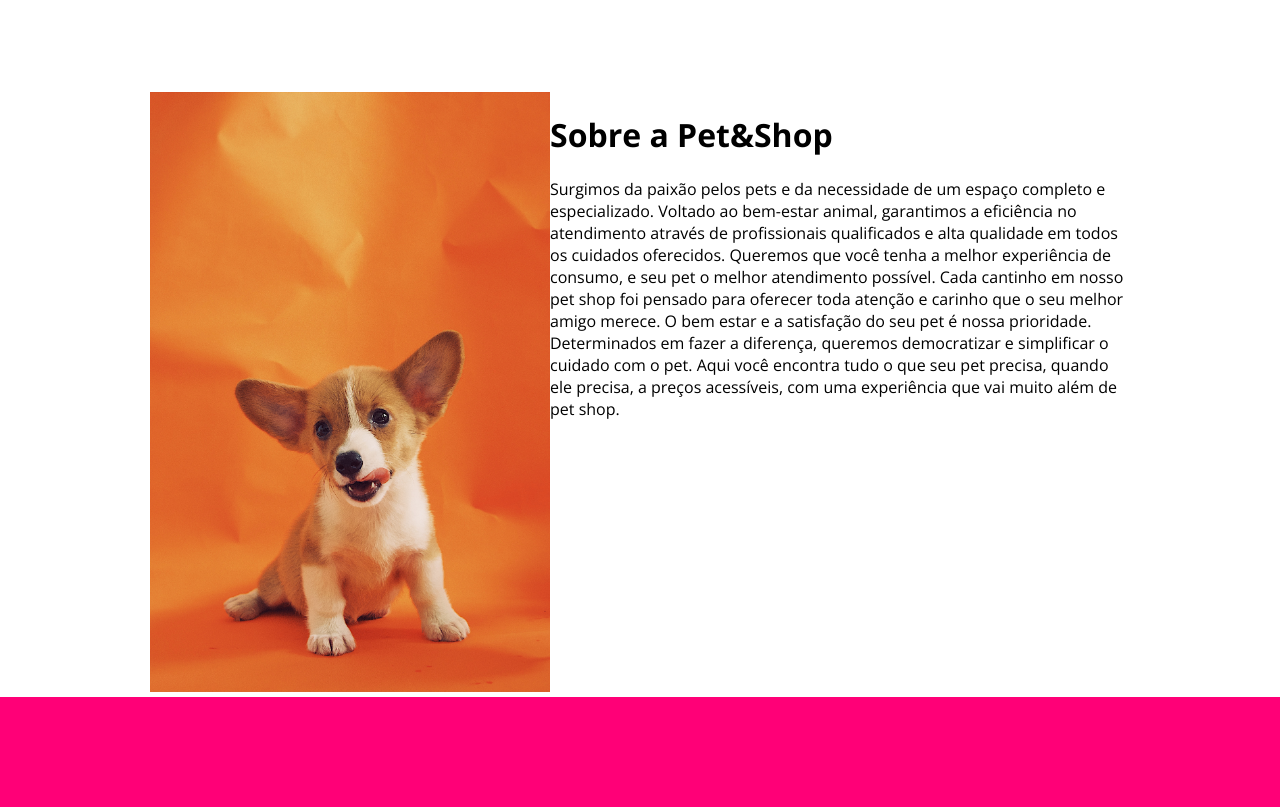
Repository: Carolden/ProhetoPetShop
Page: sobre.html
These files come from the project's save history. The page is drawn as it stood at one moment and after the next save; the edit follows.
The browser window is 1280 px wide. The pictures show the part of the page from y = 260 to 1067 px (the page is 1732 px tall before and 1734 px after).
A picture or video elsewhere on the page could not be fetched, so the positions and the page height are approximate.

Above is the page before, as saved 2023-04-29 20:01:27.

After the next save:
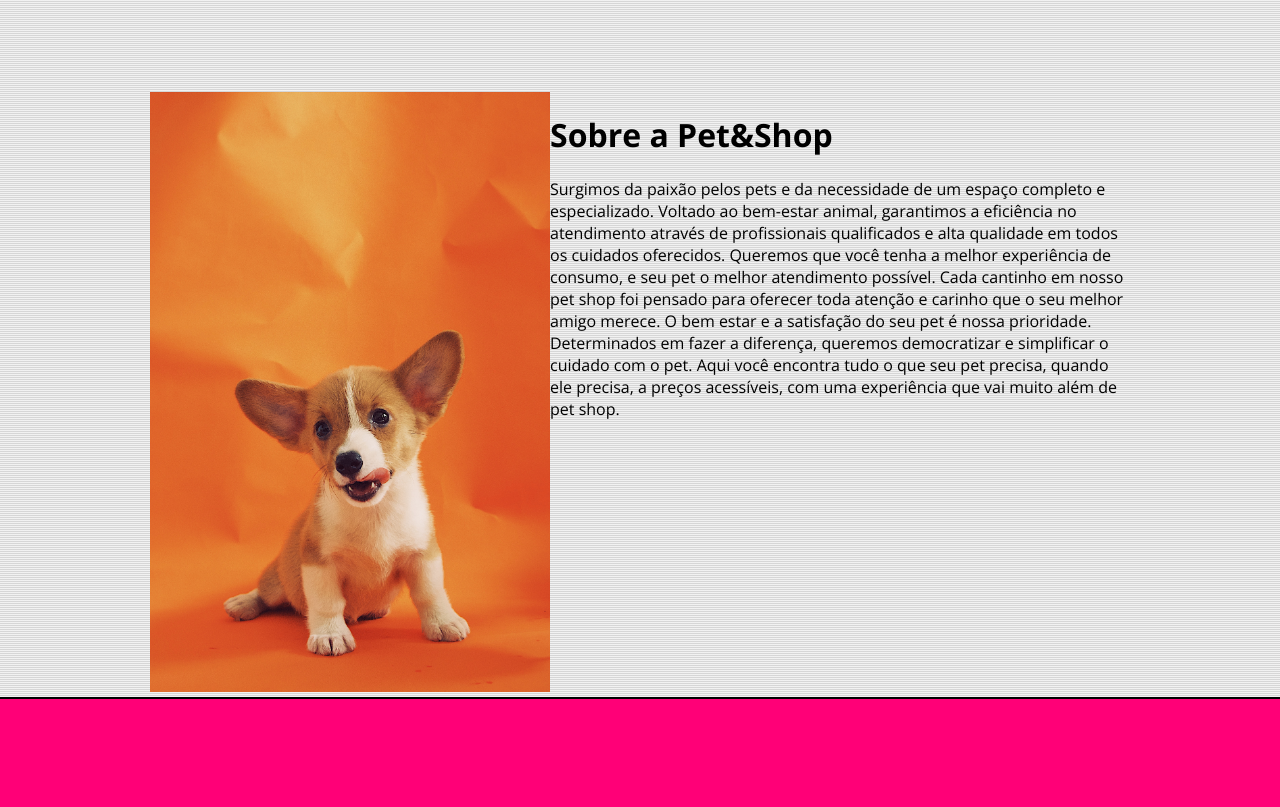
Saved 24 s later.
--- a/sobre.css
+++ b/sobre.css
@@ -56,7 +56,8 @@
     padding-right: 150px;
     padding-top: 100px;
     border-top: 2px solid;
-    border-image: linear-gradient(to bottom, #f00a0a, #468a8a) 1 100%;
+    border-bottom: 2px solid;
+    background-image: linear-gradient(to bottom, #ffffff, #c9c9c9);
     background-position: top;
     background-size: 100% 2px;
 
